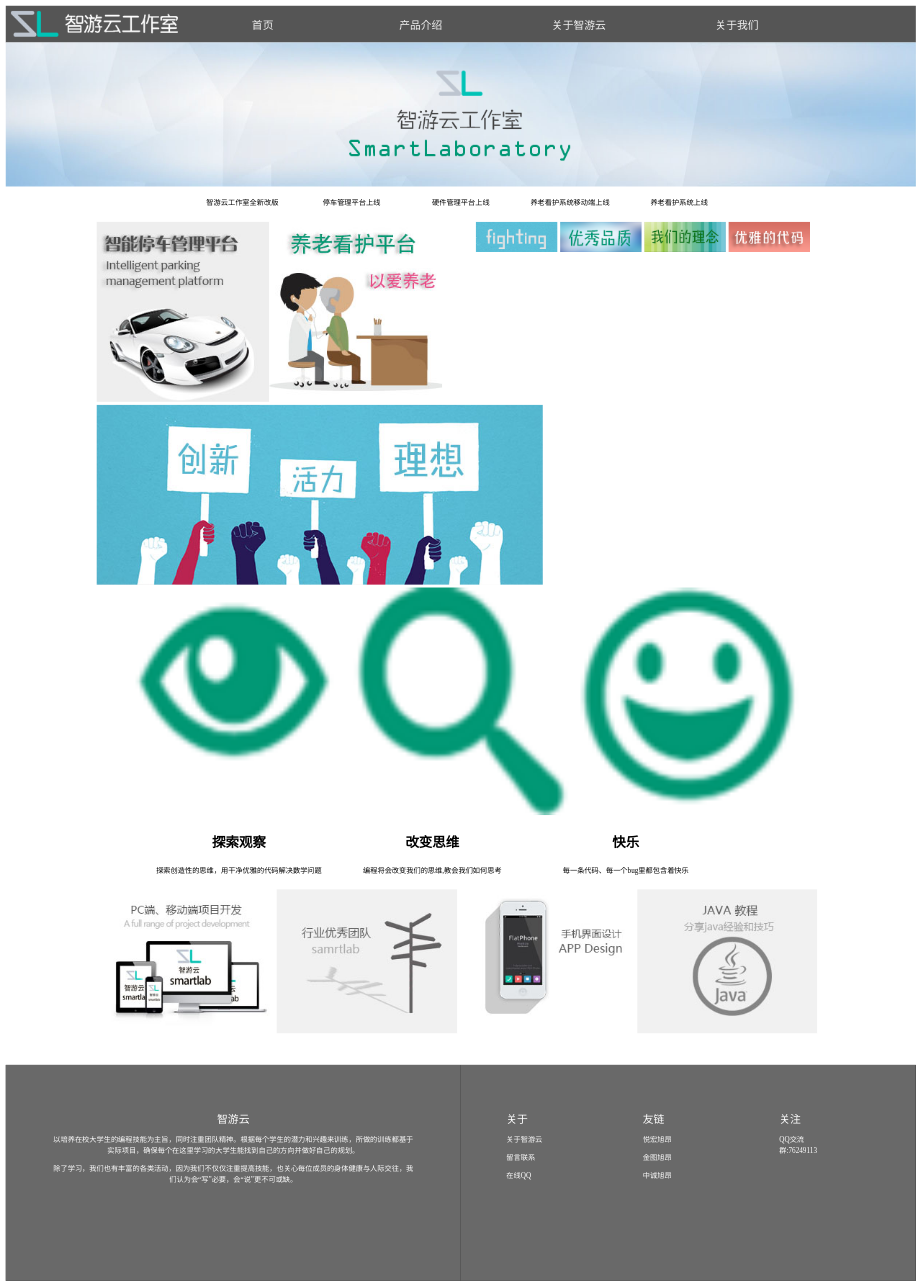
Repository: dakai1234/webTest
Page: 智游云1/index/index.html
These files come from the project's save history. The page is drawn as it stood at one moment and after the next save; the edit follows.
The browser window is 1280 px wide. The pictures show the whole page, at 72% of full size.

Above is the page before, as saved 2021-04-10 06:45:37.

### 智游云1/index/index.html
<!DOCTYPE html>
<html lang="en">

<head>
    <meta charset="UTF-8">
    <meta http-equiv="X-UA-Compatible" content="IE=edge">
    <meta name="viewport" content="width=device-width, initial-scale=1.0">
    <link rel="stylesheet" href="index.css">
    <link rel="stylesheet" href="../footerCss/footer.css">
    <link rel="stylesheet" href="../headerCss/header.css">
    <title>首页</title>

</head>

<body>
    <div class="header">
        <img class="logo_img" src="../about/images/logo.png">
        <a href="index.html"> 首页 </a>
        <a href="#"> 产品介绍 </a>
        <a href="../about/about.html"> 关于智游云 </a>
        <a href="#"> 关于我们 </a>
    </div>

    <div class="banner_img">
        <img class="bannerName_img" src="images/bannerName.png">
    </div>

    <div class="new_content">
        <p>智游云工作室全新改版</p>
        <p>停车管理平台上线</p>
        <p>硬件管理平台上线</p>
        <p>养老看护系统移动端上线</p>
        <p>养老看护系统上线</p>
    </div>

    <div class="content_img">
        <div class="introduce"><img src="images/introduce1.jpg" /></div>
        <div class="introduce"><img src="images/introduce2jpg.jpg" /></div>
        <div class="introduce"><img src="images/s1.jpg" /></div>
        <div class="tip">
            <img src="images/tip1.png" />
            <img src="images/tip2.png" />
            <img src="images/tip3.png" />
            <img src="images/tip4.png" />
        </div>


    </div>

    <div class="title_img">
        <img src="images/photo1.png">
        <img src="images/photo2.png">
        <img src="images/photo3.png">
    </div>

    <div class="title">

        <div class="title_content">
            <h3>探索观察</h3>
            <p>探索创造性的思维，用干净优雅的代码解决数学问题</p>
        </div>
        <div class="title_content">

            <h3>改变思维</h3>
            <p>编程将会改变我们的思维,教会我们如何思考</p>
        </div>
        <div class="title_content">
            <h3>快乐</h3>
            <p>每一条代码、每一个bug里都包含着快乐</p>
        </div>
    </div>

    <div class="content_img">
        <div class="introduce"><img src="images/one.jpg" /></div>
        <div class="introduce"><img src="images/two.jpg" /></div>
        <div class="introduce"><img src="images/three.jpg" /></div>
        <div class="introduce"><img src="images/four.jpg" /></div>
    </div>

    <div class="footer">
        <div class="footer_inner">
            <div class="text">
                <span>智游云</span>
                <p>
                    以培养在校大学生的编程技能为主旨，同时注重团队精神。根据每个学生的潜力和兴趣来训练，所做的训练都基于实际项目，确保每个在这里学习的大学生能找到自己的方向并做好自己的规划。
                </p>
                <p>
                    除了学习，我们也有丰富的各类活动，因为我们不仅仅注重提高技能，也关心每位成员的身体健康与人际交往，我们认为会“写”必要，会“说”更不可或缺。
                </p>
            </div>
        </div>
        <div class="footer_inner">
            <div class="text_intro">
                <span>关于</span>
                <p>关于智游云</p>
                <p>留言联系</p>
                <p>在线QQ</p>
            </div>
            <div class="text_intro">
                <span>友链</span>
                <p>悦宏旭昂</p>
                <p>金图旭昂</p>
                <p>中诚旭昂</p>
            </div>
            <div class="text_intro">
                <span>关注</span>
                <p>QQ交流群:76249113</p>
            </div>

        </div>
    </div>

</body>

</html>

### 智游云1/index/index.css
.logo_img {
    float: left;
    padding: 5px 0px;
}

.banner_img {
    text-align: center;
    background: url(images/banner.jpg) no-repeat;
    background-size: 100% 200px;
}

.new_content {
    padding: 0% 20%;
    overflow: auto;
    text-align: center;
}

.new_content p {
    display: block;
    font-size: 10px;
    width: 20%;
    float: left;
}

.new_content p:hover {
    color: aquamarine
}

.content_img {
    padding: 0% 8% 0% 10%;
    margin-top: 10px;
    overflow: auto;
}

.introduce {
    float: left;
    overflow: auto;
    text-align: center;
}

.tip {
    text-align: center;
}

.title {
    padding-left: 15%;
    margin-top: 3%;
    overflow: hidden;
}

.title_img {
    width: 100%;
    float: left;
    text-align: center;
}

.title_img img {
    width: 25%;
}

.title_content {
    width: 25%;
    float: left;
    text-align: center;
}

.title_content p {
    font-size: 10px;
}

### 智游云1/footerCss/footer.css
.footer {
    margin: 40px 0px 0px 0px;
    width: 100%;
    height: 300px;
    background-color: #000;
    overflow: auto;
    box-sizing: border-box;
    position: relative;
}

.footer_inner {
    width: 50%;
    color: #FFF;
    height: 300px;
    background-color: dimgray;
    float: left;
}

.text {
    padding: 10% 10%;
    text-align: center;
    font-size: 10px;
    font-weight: lighter;
}

.text span {
    font-size: 15px;
}

.text p:hover {
    color: #000;
}

.text_intro {
    padding: 10% 10%;
    width: 10%;
    font-size: 10px;
    font-weight: lighter;
    float: left;
}

.text_intro span {
    font-size: 15px;
}

.text_intro p:hover {
    color: #000;
}

### 智游云1/headerCss/header.css
.header {
    background-color: #555;
    width: 100%;
    overflow: auto;
}

.header a {
    float: left;
    width: 15%;
    display: block;
    color: #f2f2f2;
    text-align: center;
    padding: 15px;
    text-decoration: none;
    font-size: 15px;
}

.header a:hover {
    color: #333;
}

.logo_img {
    float: left;
    padding: 5px 0px;
}

After the next save:
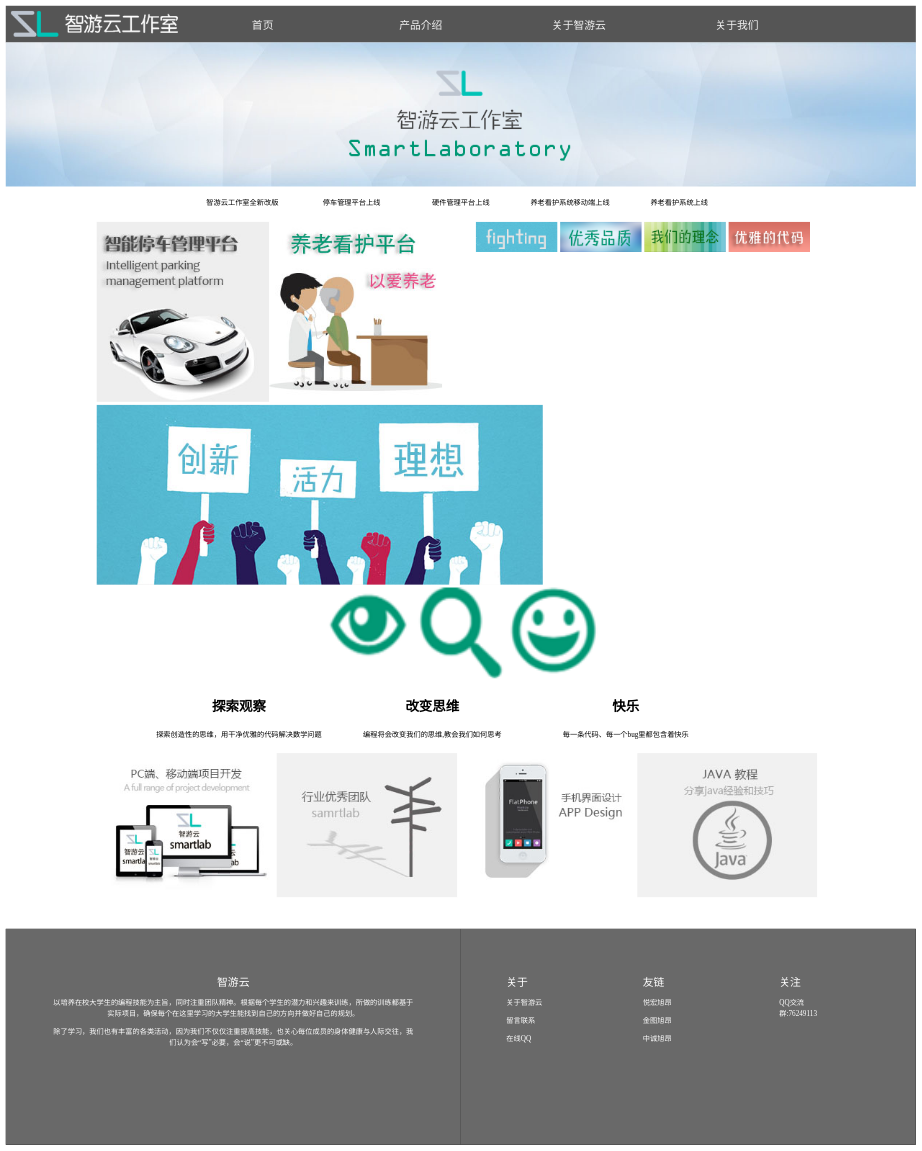
Saved 55 s later.
--- a/智游云1/index/index.css
+++ b/智游云1/index/index.css
@@ -55,7 +55,7 @@
 }
 
 .title_img img {
-    width: 25%;
+    width: 10%;
 }
 
 .title_content {
